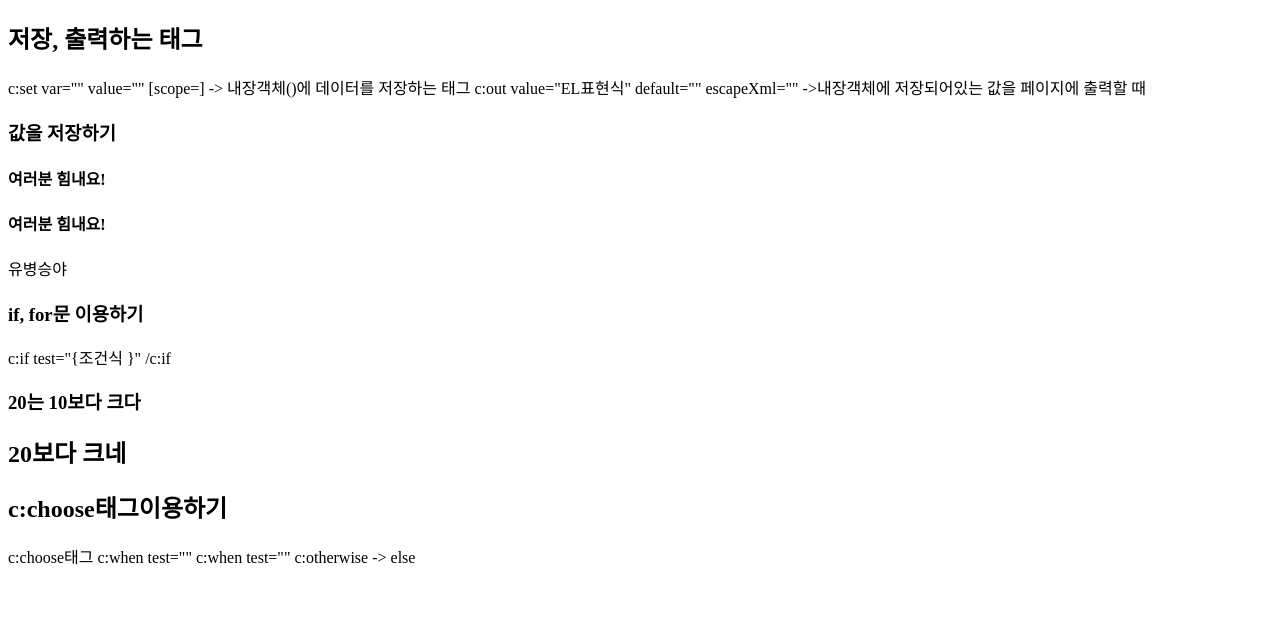
Repository: simjiho/week
Page: http://localhost/el_jstl/views/jstl/02_controltag.jsp
The author's editor kept a copy of each file at every save. The page is drawn from the files as they stood at one save, then again after the next save.
The browser window is 1280 px wide. The pictures show the whole page.
The page is served by Tomcat 9. Other server files are loaded and not shown.

Above is the page before, as saved 2024-04-20 06:34:14.

### workspace/el_jstl/src/main/webapp/views/jstl/02_controltag.jsp
<%@ page language="java" contentType="text/html; charset=UTF-8"
    pageEncoding="UTF-8"%>
<%@ taglib prefix="c" uri="http://java.sun.com/jsp/jstl/core" %>
<!DOCTYPE html>
<html>
<head>
<meta charset="UTF-8">
<title>코어태그 사용하기</title>
</head>
<body>
	<h2>저장, 출력하는 태그</h2>
	<p>
		c:set var="" value="" [scope=] -> 내장객체()에 데이터를 저장하는 태그
		c:out value="EL표현식" default="" escapeXml="" ->내장객체에 저장되어있는 값을 페이지에 출력할 때 <br>
	</p>
	<h3>값을 저장하기</h3>
	<c:set var="comment" value="여러분 힘내요!"/>
	<h4><c:out value="${comment}"/></h4>
	<h4>${comment}</h4>
	<c:set var="test" value="<script>alert('짠!');</script>"/>
	<p><c:out value="${test }" escapeXml="false"/></p>
	<c:set var="bs" value="유병승"/>
	<p><c:out value="${bs }" default="bs없어!"/>야</p>


	<h3>if, for문 이용하기</h3>
	<p>
		c:if test="{조건식 }" /c:if
	</p>

	<c:set var="su" value="20"/>
	<%-- <%if(pageContext.getAttribute("su")>10) { %>

	<% } %> --%>

	<c:if test="${su>10 }">
		<h3><c:out value="${su }"/>는 10보다 크다</h3>
	</c:if>
	<c:if test="${su<10 }">
		<h3><c:out value="${su }"/>는 10보다 크다</h3>
	</c:if>
	<c:if test="${su>5 }">
		<c:if test="${su>10 }">
			<h2>20보다 크네</h2>
		</c:if>
	</c:if>

	<h2>c:choose태그이용하기</h2>
	<p>
		c:choose태그
			c:when test=""
			c:when test=""
			c:otherwise -> else
	</p>

	<c:set var="su2" value="13"/>


	<c:choose>
		<c:when test="${su2<10 }">
			<p>10보다 작은값</p>
		</c:when>
	</c:choose>

</body>
</html>

After the next save:
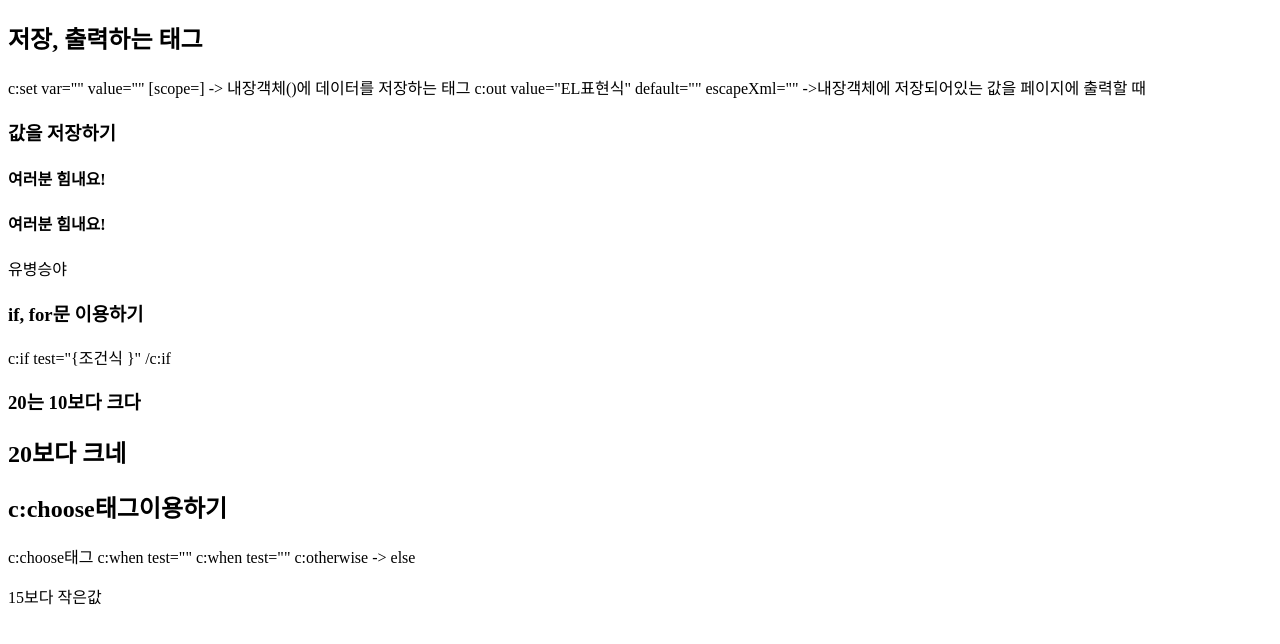
Saved 43 s later.
--- a/workspace/el_jstl/src/main/webapp/views/jstl/02_controltag.jsp
+++ b/workspace/el_jstl/src/main/webapp/views/jstl/02_controltag.jsp
@@ -60,6 +60,12 @@
 		<c:when test="${su2<10 }">
 			<p>10보다 작은값</p>
 		</c:when>
+		<c:when test="${su2<15 }">
+			<p>15보다 작은값</p>
+		</c:when>
+		<c:otherwise>
+			<p>10보다 작지않고 15보다도 작지않은값</p>
+		</c:otherwise>
 	</c:choose>
 
 </body>
